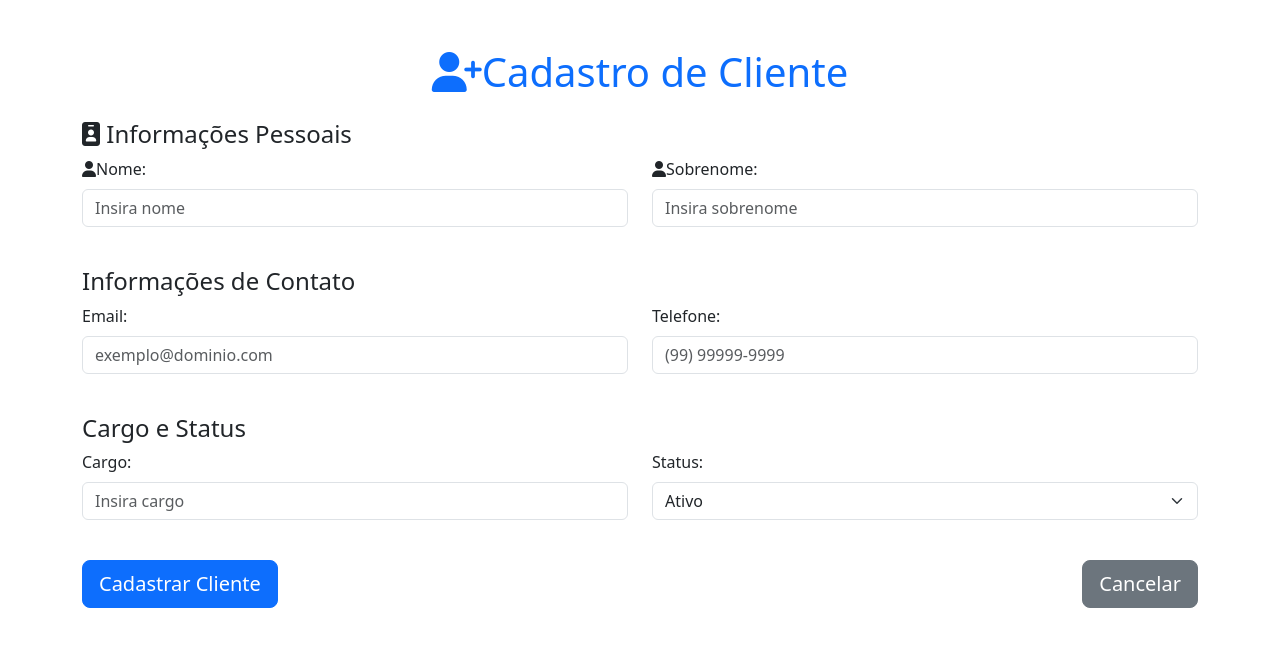
Repository: claudinez/kaspper-projeto-orcamento
Page: http://localhost/clientes/formulario
These files come from the project's save history. The page is drawn as it stood at one moment and after the next save; the edit follows.
The browser window is 1280 px wide. The pictures show the whole page.
The page is this project's Thymeleaf template; nobody is signed in. The template is opened directly, without the code that normally fills it, so the values that code supplies are empty.

Above is the page before, as saved 2025-01-24 22:17:00.

### projeto_kaspper_back_end-main/sistema_servicos/sistema_servicos/src/main/resources/templates/clientes/formulario.html
<!DOCTYPE html>
<html lang="pt-br" xmlns:th="http://www.thymeleaf.org">
<head>
    <meta charset="UTF-8">
    <meta name="viewport" content="width=device-width, initial-scale=1.0">
    <title>Cadastro de Cliente</title>
    <link href="https://cdn.jsdelivr.net/npm/bootstrap@5.3.0/dist/css/bootstrap.min.css" rel="stylesheet">
    <link rel="stylesheet" href="https://cdnjs.cloudflare.com/ajax/libs/font-awesome/6.4.2/css/all.min.css">
</head>
<body>
<div class="container mt-5">
    <h1 class="text-center mb-4 text-primary">
        <i class="fa-solid fa-user-plus"></i>Cadastro de Cliente
    </h1>

    <!-- Formulário de Cliente -->

    <form th:action="@{/clientes/salvar}" th:object="${cliente}" method="post">
        <input type="hidden" th:field="*{id}"/>

        <!-- Informações Pessoais -->

        <div class="mb-4">
            <h4><i class="fa-solid fa-id-badge"></i> Informações Pessoais</h4>
            <div class="row">
                <div class="col-md-6 col-12 mb-3">
                    <label for="nome" class="form-label"><i class="fa-solid fa-user"></i>Nome:</label>
                    <input type="text" class="form-control" id="nome" th:field="*{nome}" maxlength="50" placeholder="Insira nome" required />
                </div>
                <div class="col-md-6 col-12 mb-3">
                    <label for="sobrenome" class="form-label"><i class="fa-solid fa-user"></i>Sobrenome:</label>
                    <input type="text" class="form-control" id="sobrenome" th:field="*{sobrenome}" maxlength="50" placeholder="Insira sobrenome" required />
                </div>
            </div>
        </div>

       <!-- Informações de Contato -->
        <div class="mb-4">
            <h4>Informações de Contato</h4>
            <div class="row">
                <div class="col-md-6 col-12 mb-3">
                    <label for="email" class="form-label">Email:</label>
                    <input type="email" class="form-control" id="email" th:field="*{email}" maxlength="150" placeholder="exemplo@dominio.com" required />
                </div>
                <div class="col-md-6 col-12 mb-3">
                    <label for="telefone" class="form-label">Telefone:</label>
                    <input type="text" class="form-control" id="telefone" th:field="*{telefone}" maxlength="15" placeholder="(99) 99999-9999" />
                </div>
            </div>
        </div>

         <!-- Cargo e Status -->
        <div class="mb-4">
            <h4>Cargo e Status</h4>
            <div class="row">
                <div class="col-md-6 col-12 mb-3">
                    <label for="cargo" class="form-label">Cargo:</label>
                    <input type="text" class="form-control" id="cargo" th:field="*{cargo}" maxlength="30" placeholder="Insira cargo" />
                </div>
                <div class="col-md-6 col-12 mb-3">
                    <label for="status" class="form-label">Status:</label>
                    <select class="form-select" id="status" th:field="*{status}">
                        <option value="Aberto">Ativo</option>
                        <option value="Fechado">Inativo</option>
                        <option value="Aguardando">Aguardando</option>
                    </select>
                </div>
            </div>
        </div>

       <!-- Botões de Ação -->
        <div class="d-flex justify-content-between">
            <button type="submit" class="btn btn-primary btn-lg">Cadastrar Cliente</button>
            <button type="button" class="btn btn-secondary btn-lg" onclick="resetForm()">Cancelar</button>
        </div>
    </form>

</div>

<script>
    function resetForm() {
        document.querySelector("form").reset();
        document.getElementById("nome").focus();
    }
</script>

<script src="https://cdn.jsdelivr.net/npm/bootstrap@5.3.0/dist/js/bootstrap.bundle.min.js"></script>
</body>
</html>

After the next save:
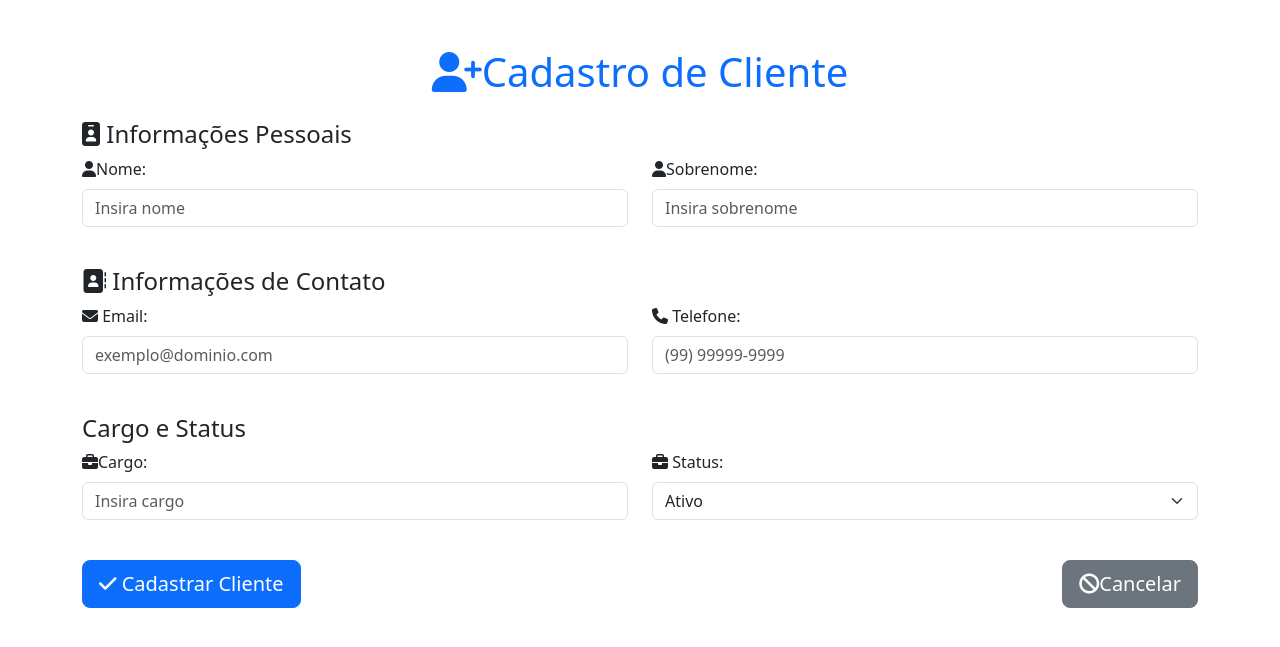
Saved 6 min 18 s later.
--- a/projeto_kaspper_back_end-main/sistema_servicos/sistema_servicos/src/main/resources/templates/clientes/formulario.html
+++ b/projeto_kaspper_back_end-main/sistema_servicos/sistema_servicos/src/main/resources/templates/clientes/formulario.html
@@ -36,14 +36,14 @@
 
        <!-- Informações de Contato -->
         <div class="mb-4">
-            <h4>Informações de Contato</h4>
+            <h4><i class="fa-solid fa-address-book"></i> Informações de Contato</h4>
             <div class="row">
                 <div class="col-md-6 col-12 mb-3">
-                    <label for="email" class="form-label">Email:</label>
+                    <label for="email" class="form-label"><i class="fa-solid fa-envelope"></i> Email:</label>
                     <input type="email" class="form-control" id="email" th:field="*{email}" maxlength="150" placeholder="exemplo@dominio.com" required />
                 </div>
                 <div class="col-md-6 col-12 mb-3">
-                    <label for="telefone" class="form-label">Telefone:</label>
+                    <label for="telefone" class="form-label"> <i class="fa-solid fa-phone"></i> Telefone:</label>
                     <input type="text" class="form-control" id="telefone" th:field="*{telefone}" maxlength="15" placeholder="(99) 99999-9999" />
                 </div>
             </div>
@@ -54,11 +54,11 @@
             <h4>Cargo e Status</h4>
             <div class="row">
                 <div class="col-md-6 col-12 mb-3">
-                    <label for="cargo" class="form-label">Cargo:</label>
+                    <label for="cargo" class="form-label"><i class="fa-solid fa-briefcase"></i>Cargo:</label>
                     <input type="text" class="form-control" id="cargo" th:field="*{cargo}" maxlength="30" placeholder="Insira cargo" />
                 </div>
                 <div class="col-md-6 col-12 mb-3">
-                    <label for="status" class="form-label">Status:</label>
+                    <label for="status" class="form-label"><i class="fa-solid fa-briefcase"></i> Status:</label>
                     <select class="form-select" id="status" th:field="*{status}">
                         <option value="Aberto">Ativo</option>
                         <option value="Fechado">Inativo</option>
@@ -70,8 +70,12 @@
 
        <!-- Botões de Ação -->
         <div class="d-flex justify-content-between">
-            <button type="submit" class="btn btn-primary btn-lg">Cadastrar Cliente</button>
-            <button type="button" class="btn btn-secondary btn-lg" onclick="resetForm()">Cancelar</button>
+            <button type="submit" class="btn btn-primary btn-lg">
+                   <i class="fa-solid fa-check"></i> Cadastrar Cliente
+            </button>
+            <button type="button" class="btn btn-secondary btn-lg" onclick="resetForm()">
+                  <i class="fa-solid fa-ban"></i>Cancelar
+            </button>
         </div>
     </form>
 
